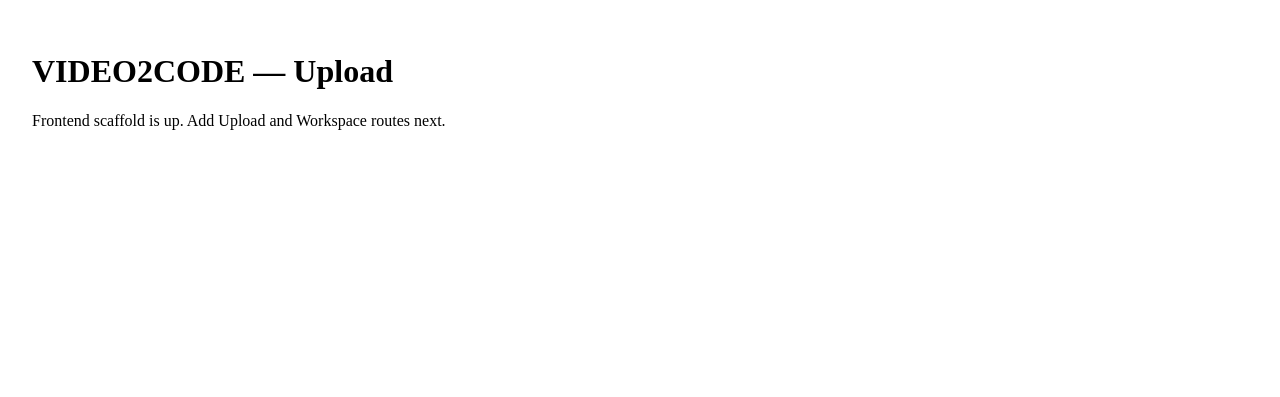
Repository: usemanusai/JAEGIS-Video2Code
Page: / (app in frontend/)
An editor plug-in stored every save of this project. The page is shown before and after the next save, followed by the edit.
The browser window is 1280 px wide. The pictures show the whole page.
The page's requests for data from a server got no answer. The project was rebuilt for these pictures with package versions that can differ from the ones it lists, and the page was loaded fresh each time. No one was signed in, and anything a server would have sent is missing.

Above is the page before, as saved 2025-09-03 05:40:45.

### frontend/index.html
<!doctype html>
<html lang="en">
  <head>
    <meta charset="UTF-8" />
    <meta name="viewport" content="width=device-width, initial-scale=1.0" />
    <title>VIDEO2CODE</title>
  </head>
  <body>
    <div id="root"></div>
    <script type="module" src="/src/main.tsx"></script>
  </body>
</html>

### frontend/src/main.tsx
import React from 'react'
import ReactDOM from 'react-dom/client'

function App() {
  return (
    <div style={{ padding: 24 }}>
      <h1>VIDEO2CODE — Upload</h1>
      <p>Frontend scaffold is up. Add Upload and Workspace routes next.</p>
    </div>
  )
}

ReactDOM.createRoot(document.getElementById('root')!).render(
  <React.StrictMode>
    <App />
  </React.StrictMode>
)

### frontend/src/Upload.tsx
import React, { useCallback, useState } from 'react'
import { uploadVideo } from './api'

export default function Upload() {
  const [status, setStatus] = useState<string>('idle')
  const [message, setMessage] = useState<string>('')

  const onFile = useCallback(async (file: File) => {
    try {
      setStatus('uploading')
      const res = await uploadVideo(file)
      setMessage(`Uploaded. Frames extracted: ${res.frameCount}`)
      setStatus('done')
    } catch (e: any) {
      setStatus('error')
      setMessage(e?.message || 'Upload failed')
    }
  }, [])

  const onChange = (e: React.ChangeEvent<HTMLInputElement>) => {
    const file = e.target.files?.[0]
    if (file) onFile(file)
  }

  const onDrop = (e: React.DragEvent) => {
    e.preventDefault()
    const file = e.dataTransfer.files?.[0]
    if (file) onFile(file)
  }

  return (
    <div style={{ padding: 24 }}>
      <h2>Upload</h2>
      <div
        onDrop={onDrop}
        onDragOver={(e) => e.preventDefault()}
        style={{ border: '2px dashed #888', padding: 40, borderRadius: 8 }}
      >
        <p>Drag & drop .mp4 here or select a file</p>
        <input type="file" accept="video/mp4" onChange={onChange} />
      </div>
      <div style={{ marginTop: 12 }}>
        {status === 'uploading' && <span>Uploading and processing...</span>}
        {!!message && <div>{message}</div>}
      </div>
    </div>
  )
}

### frontend/src/api.ts
const base = import.meta.env.VITE_API_BASE || 'http://localhost:8080'

export async function uploadVideo(file: File): Promise<any> {
  const form = new FormData()
  form.append('file', file)
  const resp = await fetch(`${base}/proxy/process`, { method: 'POST', body: form })
  if (!resp.ok) throw new Error(`Upload failed: ${resp.status}`)
  return resp.json()
}

After the next save:
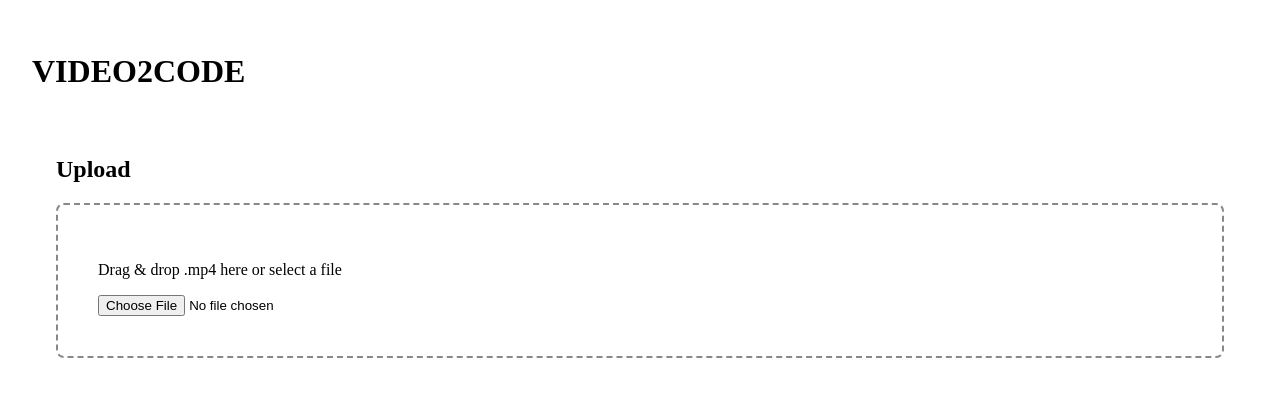
Saved 43 s later.
--- a/frontend/src/main.tsx
+++ b/frontend/src/main.tsx
@@ -1,11 +1,12 @@
 import React from 'react'
 import ReactDOM from 'react-dom/client'
+import Upload from './Upload'
 
 function App() {
   return (
     <div style={{ padding: 24 }}>
-      <h1>VIDEO2CODE — Upload</h1>
-      <p>Frontend scaffold is up. Add Upload and Workspace routes next.</p>
+      <h1>VIDEO2CODE</h1>
+      <Upload />
     </div>
   )
 }
